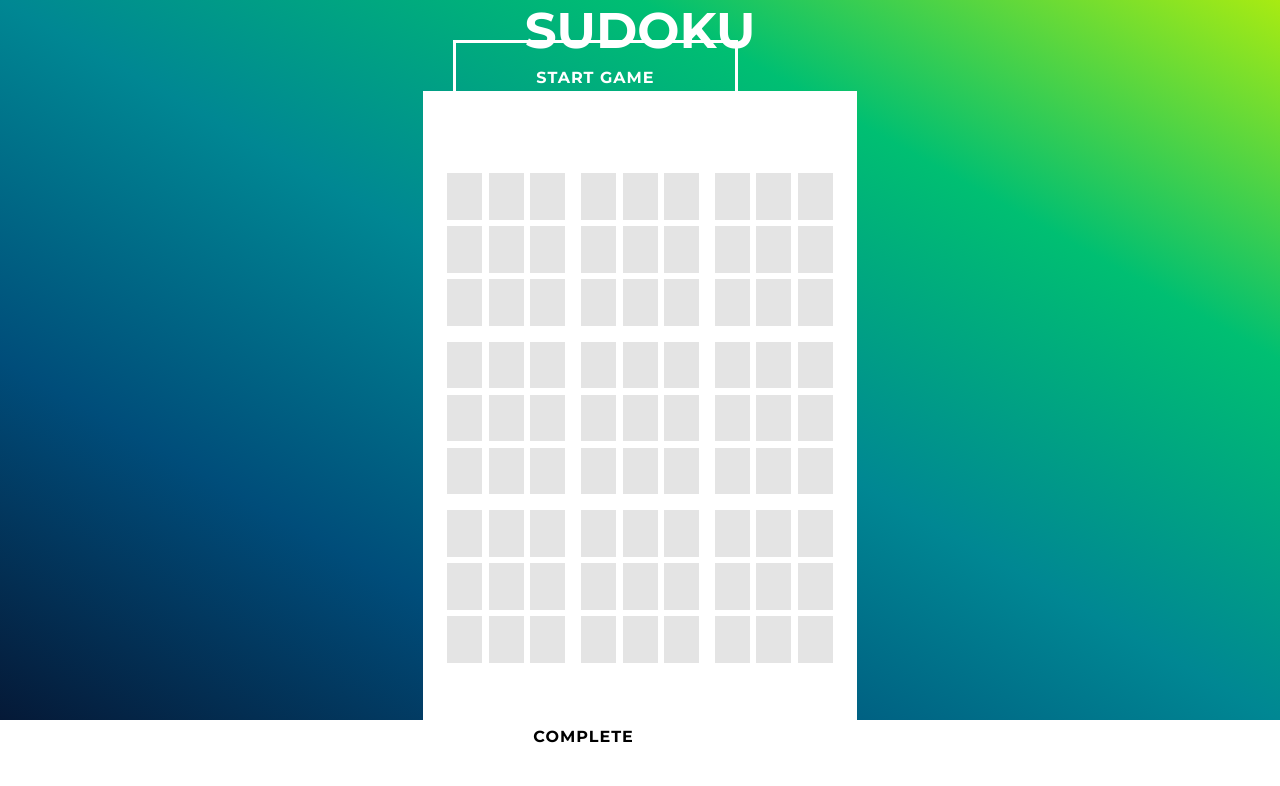
Repository: pattypetrikova/sudoku
Page: index.html
The author's editor kept a copy of each file at every save. The page is drawn from the files as they stood at one save, then again after the next save.
The browser window is 1280 px wide. The pictures show the whole page.
Some web fonts or font styles are not loaded; a fallback is used.

Above is the page before, as saved 2022-12-30 12:12:49.

After the next save:
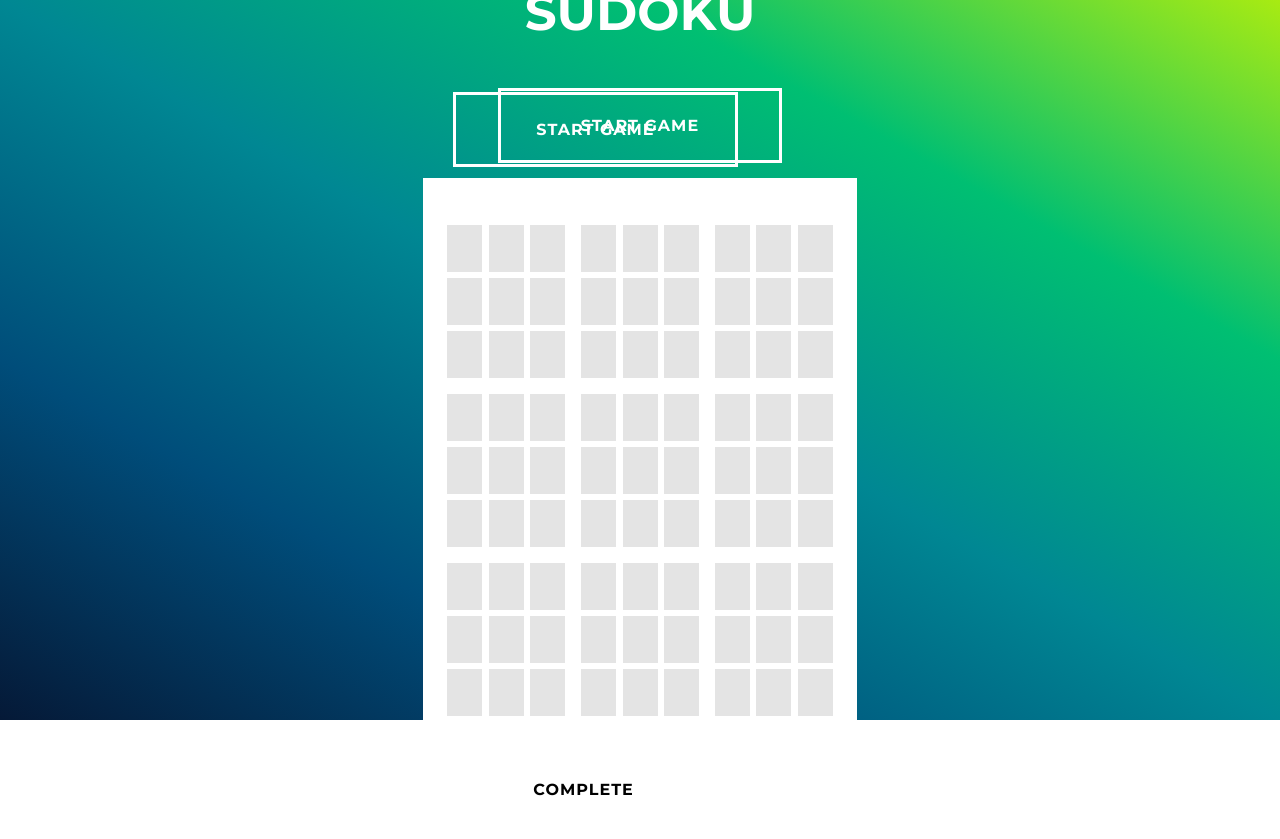
Saved 18 s later.
--- a/index.html
+++ b/index.html
@@ -13,6 +13,7 @@
 <body>
     <main class="background">
         <h1 class="title">Sudoku</h1>
+        <button class="button button-1 start">Start game</button>
         <div class="game">
             <div class="head">
                 <div class="buttons">
